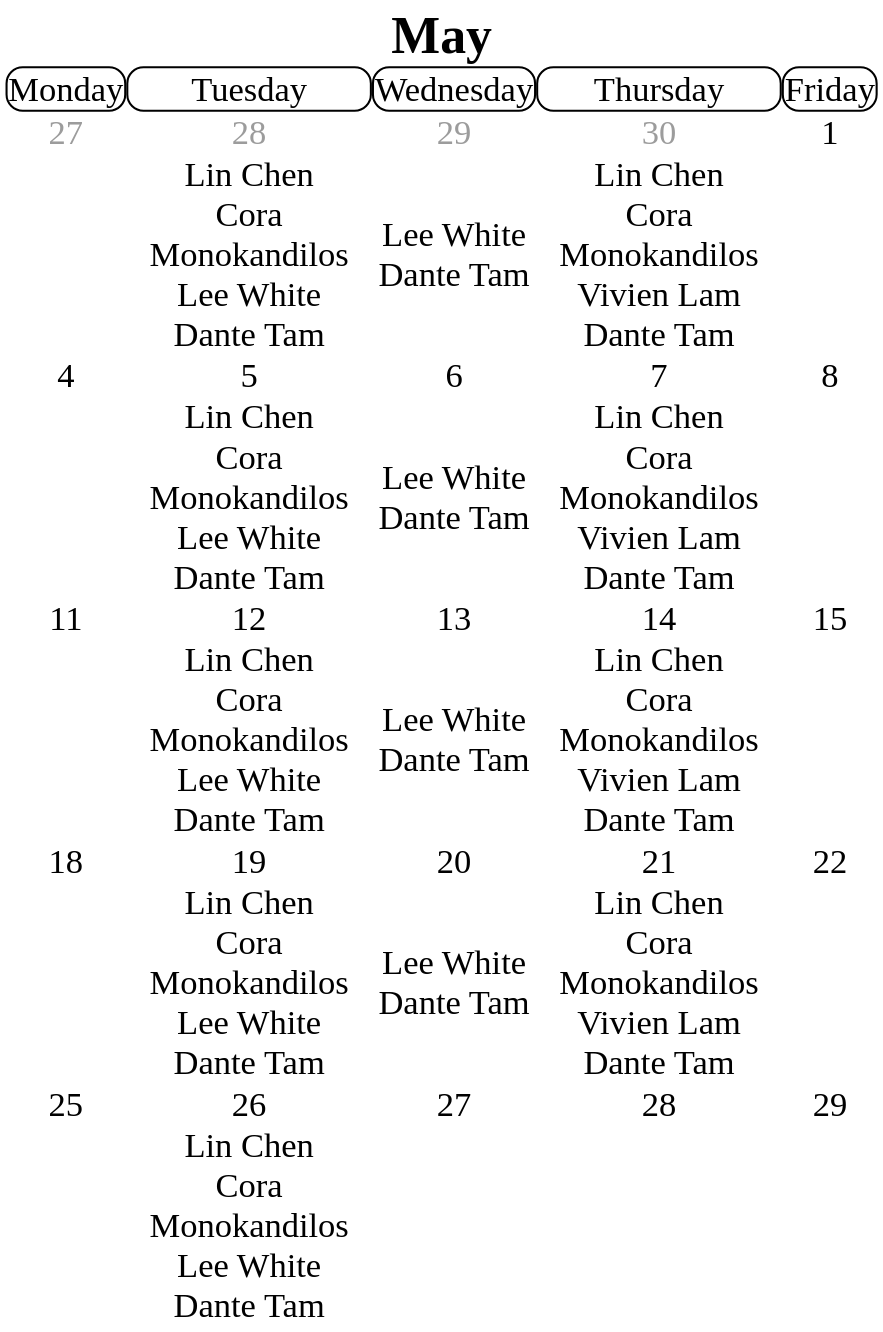
Repository: shleewhite/missionBitCalendar
Page: views/may.html
The author's editor kept a record of every edit. The page is drawn from the files as they stood at one moment, then again after the next edit.
The browser window is 1280 px wide. The pictures show the whole page, at 69% of full size.

Above is the page before.

### views/may.html
<article id="may">
<html>
    <link rel="stylesheet" type="text/css" href="main.css">
    <head></head>
    <body>
        <table id="monthTable">
                <th class="monthHeader" colspan="5">May</th>
            <tr>
                <td class="weekday">Monday</td>
                <td class="weekday">Tuesday</td>
                <td class="weekday">Wednesday</td>
                <td class="weekday">Thursday</td>
                <td class="weekday">Friday</td>
            </tr>
               <tr>
                <td class="nextMonth">27</td>
                <td class="nextMonth">28</td>
                <td class="nextMonth">29</td>
                <td class="nextMonth">30</td>
                <td class="nums">1</td>
            </tr>
                <tr>
                <td class="noOne"> </td>
                <td class="marchPeople">Lin Chen<br>Cora Monokandilos<br>Lee White<br>Dante Tam</td>
                <td class="marchPeople">Lee White<br>Dante Tam</td>
                <td class="marchPeople">Lin Chen<br>Cora Monokandilos<br>Vivien Lam<br>Dante Tam</td>
                <td class="noOne"> </td>
            </tr>
               <tr>
                <td class="nums">4</td>
                <td class="nums">5</td>
                <td class="nums">6</td>
                <td class="nums">7</td>
                <td class="nums">8</td>
            </tr>
            <tr>
                <td class="noOne"> </td>
                <td class="marchPeople">Lin Chen<br>Cora Monokandilos<br>Lee White<br>Dante Tam</td>
                <td class="marchPeople">Lee White<br>Dante Tam</td>
                <td class="marchPeople">Lin Chen<br>Cora Monokandilos<br>Vivien Lam<br>Dante Tam</td>
                <td class="noOne"> </td>
            </tr>
               <tr>
                <td class="nums">11</td>
                <td class="nums">12</td>
                <td class="nums">13</td>
                <td class="nums">14</td>
                <td class="nums">15</td>
            </tr>
            <tr>
                <td class="noOne"> </td>
                <td class="marchPeople">Lin Chen<br>Cora Monokandilos<br>Lee White<br>Dante Tam</td>
                <td class="marchPeople">Lee White<br>Dante Tam</td>
                <td class="marchPeople">Lin Chen<br>Cora Monokandilos<br>Vivien Lam<br>Dante Tam</td>
                <td class="noOne"> </td>
            </tr>
               <tr>
                <td class="nums">18</td>
                <td class="nums">19</td>
                <td class="nums">20</td>
                <td class="nums">21</td>
                <td class="nums">22</td>
            </tr>
            <tr>
                <td class="noOne"> </td>
                <td class="marchPeople">Lin Chen<br>Cora Monokandilos<br>Lee White<br>Dante Tam</td>
                <td class="marchPeople">Lee White<br>Dante Tam</td>
                <td class="marchPeople">Lin Chen<br>Cora Monokandilos<br>Vivien Lam<br>Dante Tam</td>
                <td  class="noOne"></td>
            </tr>
               <tr>
                <td class="nums">25</td>
                <td class="nums">26</td>
                <td class="nums">27</td>
                <td class="nums">28</td>
                <td class="nums">29</td>
            </tr>
            <tr>
                <td class="noOne"> </td>
                <td class="marchPeople">Lin Chen<br>Cora Monokandilos<br>Lee White<br>Dante Tam</td>
                <td> </td>
                <td> </td>
                <td> </td>
            </tr>
        </table>
    </body>
</html>

### views/main.css
table {
    text-align: center;
    font-size: 50px;
    width: 100%;
    height: 700px;
    border-spacing: 50px 20px;

}
table th {
    text-align: center;
}
#year{
    /*font-family: 'Lobster', cursive;*/
    font-size: 100px;
}
.month{
    border-collapse: separate;
    border-color: #000000;
    border-radius: 25px;
    border-style: double;

    border-top-width: 15px;
    border-bottom-width: 15px;
    border-left-width: 15px;
    border-right-width: 15px;
    cursor: pointer;
}
.monthHeader {
    font-size: 75px;
    border-style: none;
}
.weekday {
    font-size: 50px;
    border-style: solid;
    border-radius: 25px;
}
#monthTable {
    border-spacing: 0px;
    border-color: #000000;
    border-radius: 25px;
    cursor: pointer;
    padding: 0px;
}
.days {
    font-size: 20px;
    text-align: left;
    border-style: double;
}
.noOne {
    text-align: center;
}
.nextMonth {
    color: #9C9C9C;
}

After the next edit:
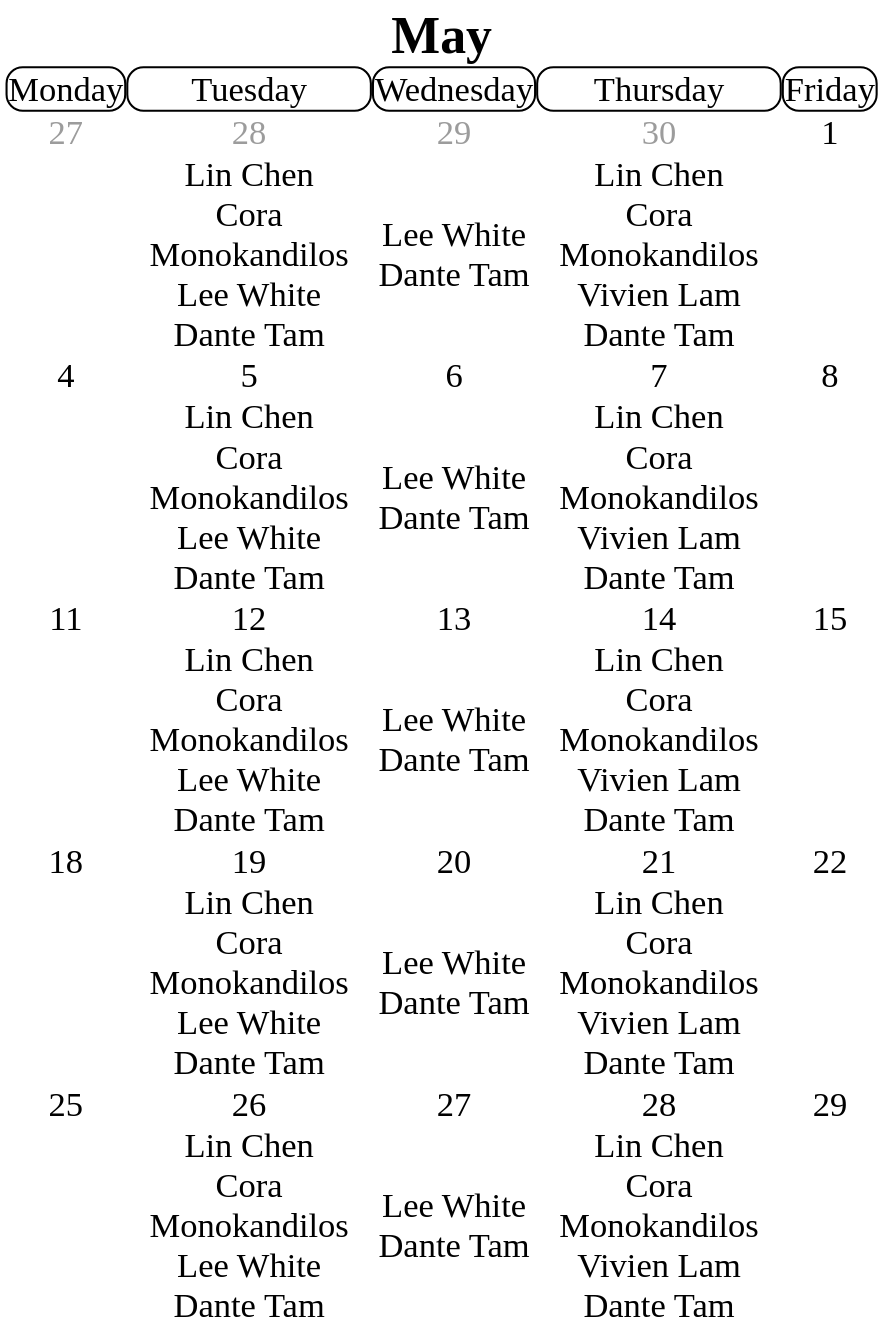
The edit:
--- a/views/may.html
+++ b/views/may.html
@@ -78,9 +78,9 @@
             <tr>
                 <td class="noOne"> </td>
                 <td class="marchPeople">Lin Chen<br>Cora Monokandilos<br>Lee White<br>Dante Tam</td>
-                <td> </td>
-                <td> </td>
-                <td> </td>
+                <td class="marchPeople">Lee White<br>Dante Tam</td>
+                <td class="marchPeople">Lin Chen<br>Cora Monokandilos<br>Vivien Lam<br>Dante Tam</td>
+               <td  class="noOne"></td>
             </tr>
         </table>
     </body>
